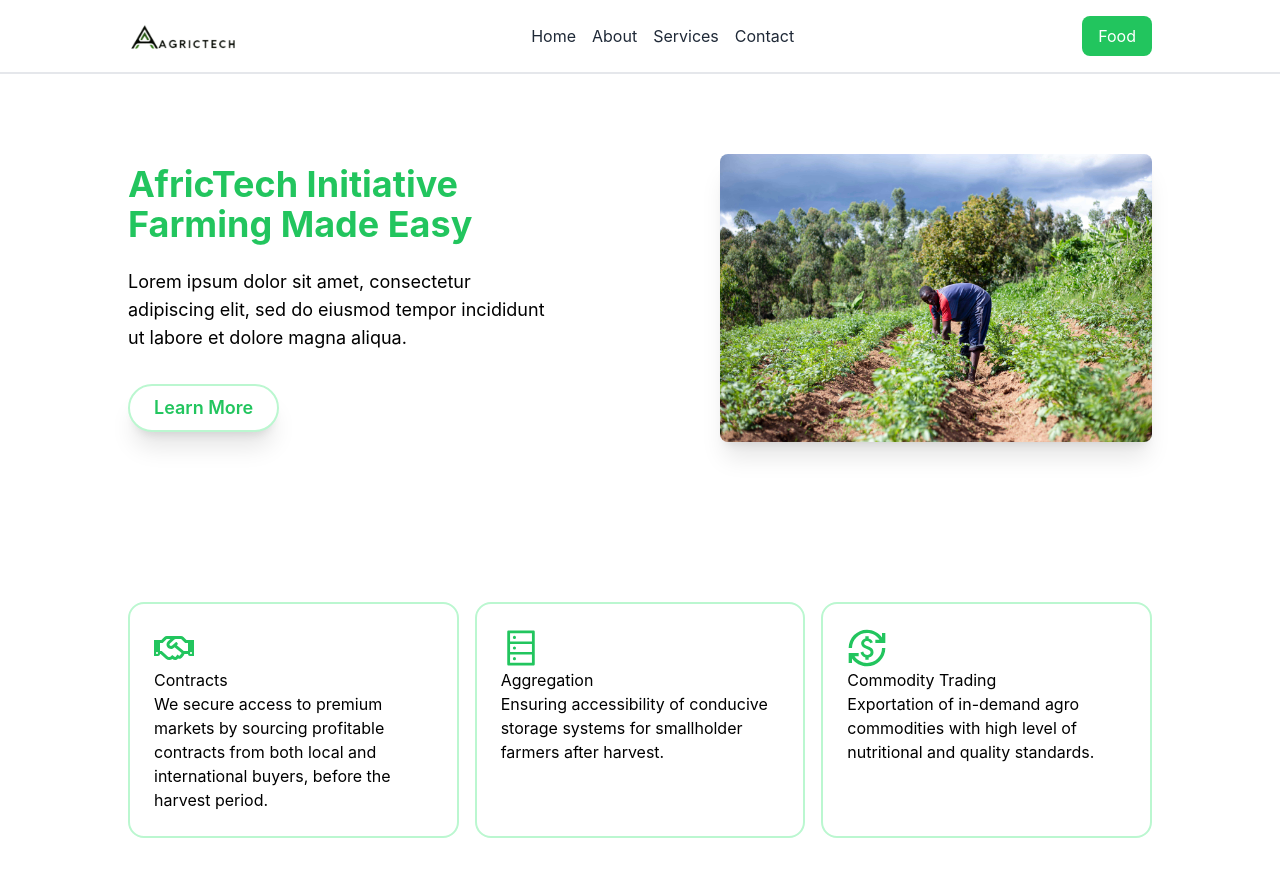
Repository: akinolapo/agric-tech
Page: /
The author's editor kept a copy of each file at every save. The page is drawn from the files as they stood at one save, then again after the next save.
The browser window is 1280 px wide. The pictures show the whole page.
The project was rebuilt for these pictures with package versions that can differ from the ones it lists, and the page was loaded fresh each time.

Above is the page before, as saved 2023-05-27 09:33:38.

After the next save:
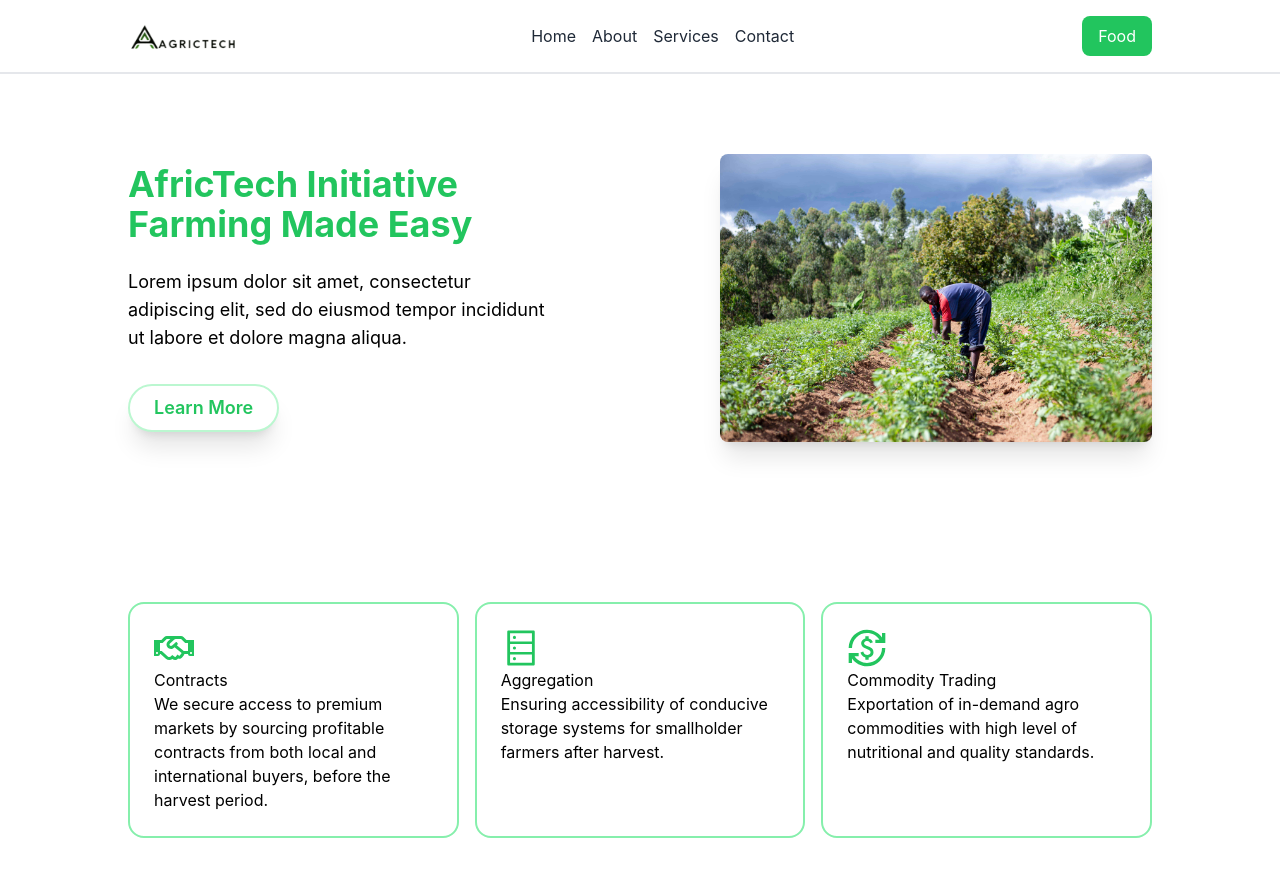
Saved 6 s later.
--- a/src/components/Value.jsx
+++ b/src/components/Value.jsx
@@ -33,7 +33,7 @@ const Value = () => {
         {
             data.map(({id, icon, title, description})=>{
                 return(
-                    <div key={id} className='border-solid border-2 border-green-200 p-6 rounded-2xl mb-4 md:mb-0'>
+                    <div key={id} className='border-solid border-2 border-green-300 p-6 rounded-2xl mb-4 md:mb-0'>
             {icon}
             <h3>{title}</h3>
             <p>{description}</p>
